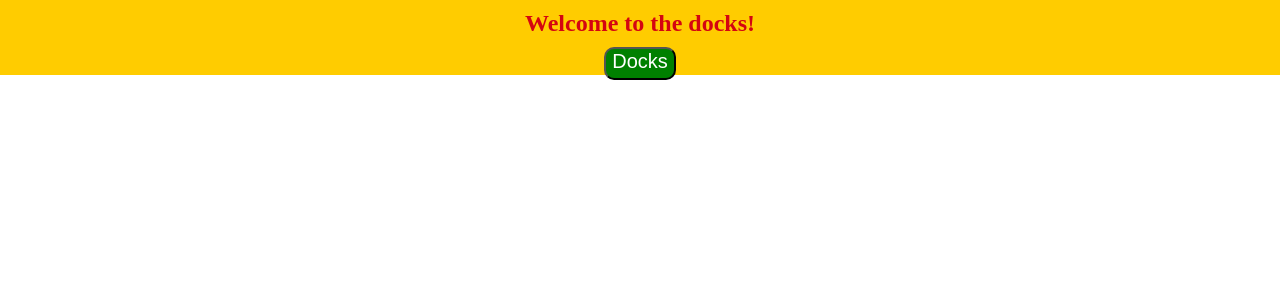
Repository: charliejp0311/java-final-proj
Page: dockWalk-frontend/index.html
The author's editor kept a copy of each file at every save. The page is drawn from the files as they stood at one save, then again after the next save.
The browser window is 1280 px wide. The pictures show the whole page.
The page's requests for data from a server got no answer.

Above is the page before, as saved 2020-08-27 16:16:35.

### dockWalk-frontend/index.html
<!DOCTYPE html>
<html lang="en" dir="ltr">
    <head>
        <meta charset="utf-8">
        <link rel="stylesheet" href="style.css">
        <title>Dock Walk</title>
    </head>
    <body>
        <header>
            <h2>Welcome to the docks!</h2>
        </header>
        <main id="dock">

        </main>
    </body>
    <script type="application/javascript" src="src/index.js" charset="UTF-8"></script>
    <script type="application/javascript" src="src/dock.js" charset="UTF-8"></script>
</html>

### dockWalk-frontend/style.css
body {
    margin: 0;
    padding: 0;
}

header {
    background-color: #FFCC00;
    color: #D40511;
    text-align: center;
    margin: 0 auto;
    height: 75px;
}

header h2 {
    padding: 10px;
    margin: 0;
}

main {
    display: grid;
    grid-template-columns: 1fr;
    grid-template-rows: auto;
    grid-gap: 20px;
    padding-top: 10px;
    padding-bottom: 30px;
}

div.card {
    background-color: #eeeeee;
    height: 250px;
    width: 300px;
    box-shadow: 10px 10px grey;
    padding: 10px;
    border-radius: 10px;
}

p {
    font-size: 1.5em;
    color: black;
    font-family: Helvetica;
}

li {
    font-size: 1.05em;
    list-style: none;
    padding-right: 20px;
    text-align: center;
}

button {
    font-size: 1.25em;
    color: #fff;
    background-color: green;
    border-radius: 10px;
    padding-bottom: 5px;
}

button.release {
    float: right;
    background-color: #E1332D;
}

@media only screen and (min-width: 500px) {
    main {
        grid-template-columns: 1fr 1fr;
    }
}

@media only screen and (min-width: 850px) {
    main {
        grid-template-columns: 1fr 1fr 1fr 1fr;
    }
}

### dockWalk-frontend/src/index.js
document.addEventListener("DOMContentLoaded", function () {
    let h = document.getElementsByTagName('header')[0]
    let button1 = document.createElement('button')
    button1.innerText = "Docks"
    button1.addEventListener('click',fetchDocks())
    h.appendChild(button1)
});

### dockWalk-frontend/src/dock.js
let dockCard = (sec,ranges)=> {
    let body = document.getElementById('dock')
    let div = document.createElement('div')
    div.className = 'card'
    // div.addEventListener('click',sectionClick())
    div.innerText = sec.attributes.section
    let ul = document.createElement('ul')
    ul.innerText = "Door Ranges"
    for (const rng of ranges) {
        let li = document.createElement('li')
        // li.addEventListener('click',rangeClick())
        li.innerText = rng.attributes.range
        ul.appendChild(li)
    }
    div.appendChild(ul)
    body.appendChild(div)
}


let displayDocks = (docks) => {
    let d = docks.data
    let r = docks.included
    for (const section of d) {
        let rngs = r.filter(rng=>rng.relationships.dock.data.id === section.id)
        dockCard(section,rngs)
    }
}

let fetchDocks = () => {
    return fetch('http://localhost:3000/docks')
    .then(resp => resp.json())
    .then(json=> displayDocks(json))
}

After the next save:
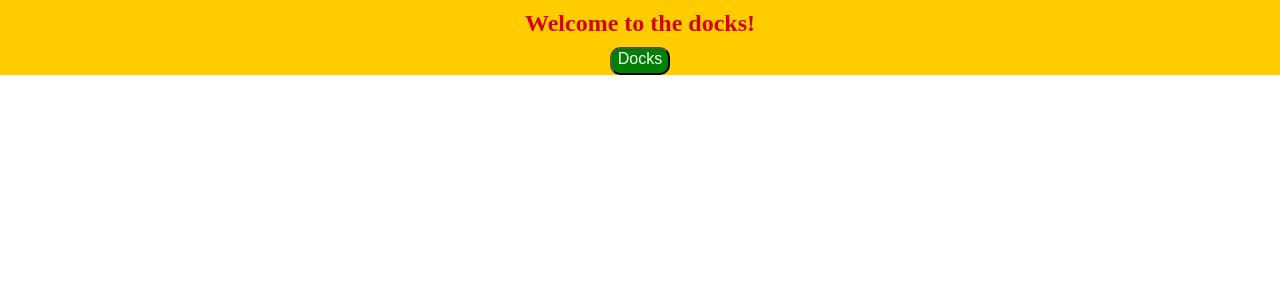
Saved 18 s later.
--- a/dockWalk-frontend/style.css
+++ b/dockWalk-frontend/style.css
@@ -48,7 +48,7 @@ li {
 }
 
 button {
-    font-size: 1.25em;
+    font-size: 1em;
     color: #fff;
     background-color: green;
     border-radius: 10px;
